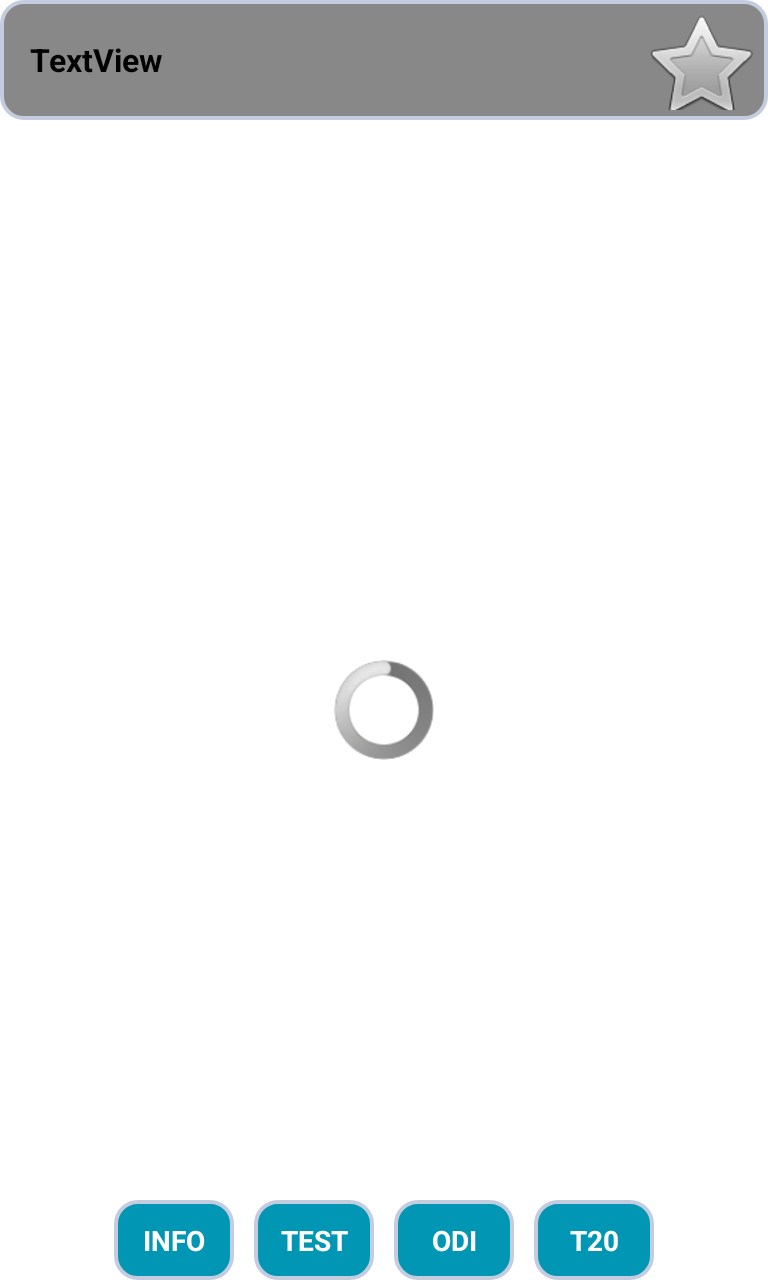
Repository: vinothsridhar/CrickBuzzChallenge
Layout: CricBuzzAndroidApp/res/layout/activity_playerprofile.xml
The author's editor kept a copy of each file at every save. The layout is drawn from the files as they stood at one save, then again after the next save.
It is drawn on a 768 x 1280 px phone screen (xhdpi) without system bars, with theme AppTheme; the app's code is not run.

Above is the layout before, as saved 2014-12-20 16:45:02.

### CricBuzzAndroidApp/res/layout/activity_playerprofile.xml
<RelativeLayout xmlns:android="http://schemas.android.com/apk/res/android"
    xmlns:tools="http://schemas.android.com/tools"
    android:layout_width="match_parent"
    android:layout_height="match_parent" >

    <include
        android:id="@+id/topItem"
        layout="@layout/playlist_item" />

    <RelativeLayout
        android:layout_width="fill_parent"
        android:layout_height="fill_parent"
        android:layout_below="@+id/topItem" >

        <ProgressBar
            android:id="@+id/profileProgress"
            android:layout_width="50dp"
            android:layout_height="50dp"
            android:layout_centerInParent="true" />

        <TextView
            android:id="@+id/networkError"
            android:layout_width="fill_parent"
            android:layout_height="wrap_content"
            android:visibility="gone"
            android:textColor="@color/red"
            android:text="@string/error_text"/>

        <RelativeLayout
            android:id="@+id/profileInfo"
            android:layout_width="fill_parent"
            android:layout_height="fill_parent"
            android:orientation="vertical" >

            <ScrollView
                android:id="@+id/detailsScrollView"
                android:layout_width="fill_parent"
                android:layout_height="fill_parent"
                android:layout_above="@+id/buttonLayout">

	            <LinearLayout
	                android:id="@+id/details"
	                android:layout_width="fill_parent"
	                android:layout_height="wrap_content"
	                android:padding="5dp"
	                android:orientation="vertical">

	            </LinearLayout>

            </ScrollView>

            <LinearLayout
                android:id="@+id/buttonLayout"
                android:layout_width="match_parent"
                android:layout_height="wrap_content"
                android:layout_alignParentBottom="true"
                android:gravity="center_horizontal"
                android:orientation="horizontal" >

                <Button
                    android:id="@+id/info"
                    android:layout_width="wrap_content"
                    android:layout_height="wrap_content"
                    style="@style/Button"
                    android:layout_marginRight="10dp"
                    android:text="@string/info_text" />

                <Button
                    android:id="@+id/test"
                    android:layout_width="wrap_content"
                    android:layout_height="wrap_content"
                    style="@style/Button"
                    android:layout_marginRight="10dp"
                    android:text="@string/test_text" />

                <Button
                    android:id="@+id/odi"
                    android:layout_width="wrap_content"
                    android:layout_height="wrap_content"
                    style="@style/Button"
                    android:layout_marginRight="10dp"
                    android:text="@string/odi_text" />

                <Button
                    android:id="@+id/t20"
                    android:layout_width="wrap_content"
                    android:layout_height="wrap_content"
                    style="@style/Button"
                    android:text="@string/t20_text" />

            </LinearLayout>
        </RelativeLayout>
    </RelativeLayout>

</RelativeLayout>

### CricBuzzAndroidApp/res/values/styles.xml
<resources xmlns:android="http://schemas.android.com/apk/res/android">
    <style name="AppBaseTheme" parent="@android:style/Theme.Light.NoTitleBar">
    </style>

    <style name="AppTheme" parent="AppBaseTheme">
    </style>

    <style name="BoldText">
        <item name="android:textSize">@dimen/medium_text</item>
        <item name="android:textStyle">bold</item>
        <item name="android:padding">5dp</item>
    </style>

    <style name="TitleText">
        <item name="android:textSize">@dimen/big_text</item>
        <item name="android:background">@color/black</item>
        <item name="android:textColor">@color/white</item>
        <item name="android:textStyle">bold</item>
        <item name="android:gravity">center_vertical</item>
        <item name="android:padding">5dp</item>
    </style>

    <style name="TitleIcon" parent="@android:style/Widget.TabWidget">
        <item name="android:gravity">center_vertical</item>
        <item name="android:background">@drawable/tab_holo</item>
        <item name="android:paddingLeft">5dp</item>
        <item name="android:paddingRight">5dp</item>
    </style>

    <style name="TotalText" parent="BoldText">
        <item name="android:textColor">@color/black</item>
        <item name="android:background">@color/yellow</item>
        <item name="android:weightSum">2</item>
        <item name="android:gravity">center</item>
    </style>

    <style name="PlayerNameText">
        <item name="android:textColor">@color/black</item>
        <item name="android:textSize">@dimen/big_text</item>
        <item name="android:paddingLeft">10dp</item>
        <item name="android:textStyle">bold</item>
    </style>

    <style name="Button">
        <item name="android:width">60dp</item>
        <item name="android:height">40dp</item>
        <item name="android:textColor">@color/white</item>
        <item name="android:textSize">@dimen/medium_text</item>
        <item name="android:padding">5dp</item>
        <item name="android:textStyle">bold</item>
        <item name="android:background">@drawable/button_item</item>
    </style>

</resources>

### CricBuzzAndroidApp/res/layout/playlist_item.xml
<?xml version="1.0" encoding="utf-8"?>
<LinearLayout xmlns:android="http://schemas.android.com/apk/res/android"
    android:layout_width="match_parent"
    android:layout_height="60dp"
    android:layout_gravity="center_vertical"
    android:gravity="center_vertical"
    android:background="@drawable/playerlistitem"
    android:layout_marginBottom="10dp"
    android:clickable="true"
    android:orientation="horizontal" >

    <TextView
        android:id="@+id/playerName"
        android:layout_width="fill_parent"
        android:layout_height="wrap_content"
        android:layout_weight="1"
        style="@style/PlayerNameText"
        android:text="TextView" />

    <RatingBar
        android:id="@+id/ratingBar1"
        android:layout_width="wrap_content"
        android:layout_height="wrap_content"
        android:layout_weight="0"
        android:stepSize="1"
        android:numStars="1" />

    <ImageButton
        android:id="@+id/share"
        android:layout_width="wrap_content"
        android:layout_height="wrap_content"
        android:layout_weight="0"
        android:background="@drawable/tab_holo"
        android:visibility="gone"
        android:src="@drawable/ic_share" />

</LinearLayout>

### CricBuzzAndroidApp/res/values/colors.xml
<?xml version="1.0" encoding="utf-8"?>
<resources>
    <color name="black">#000000</color>
    <color name="white">#ffffff</color>
    <color name="yellow">#FFCC00</color>
    <color name="red">#F45454</color>
</resources>

### CricBuzzAndroidApp/res/values/strings.xml
<?xml version="1.0" encoding="utf-8"?>
<resources>

    <string name="app_name">CricBuzzAndroidApp</string>
	<string name="loading_playlist_text">Loading Playlist</string>
	<string name="total_players_text">Total Players: %1$s</string>
	<string name="total_favorites_text">Favorites: %1$s</string>
	<string name="test_text">TEST</string>
	<string name="odi_text">ODI</string>
	<string name="t20_text">T20</string>
	<string name="info_text">INFO</string>
	<string name="error_text">Network Error</string>
</resources>

### CricBuzzAndroidApp/res/values/dimens.xml
<resources>

    <!-- Text sizes -->
    <dimen name="small_text">12sp</dimen>
    <dimen name="medium_text">14sp</dimen>
    <dimen name="big_text">16sp</dimen>

</resources>

### CricBuzzAndroidApp/res/drawable/button_item.xml
<?xml version="1.0" encoding="utf-8"?>
<selector xmlns:android="http://schemas.android.com/apk/res/android">

    <item android:state_pressed="true" android:state_focused="false"><shape android:shape="rectangle">
            <solid android:color="#588687"></solid>

            <stroke android:width="2dp" android:color="#C4CDE0"></stroke>

            <padding android:bottom="5dp" android:left="5dp" android:right="5dp" android:top="5dp"></padding>

            <corners android:radius="11dp"></corners>
        </shape></item>
    <item android:state_pressed="false"><shape android:shape="rectangle">
            <solid android:color="#0096B4"></solid>

            <stroke android:width="2dp" android:color="#C4CDE0"></stroke>

            <padding android:bottom="5dp" android:left="5dp" android:right="5dp" android:top="5dp"></padding>

            <corners android:radius="11dp"></corners>
        </shape></item>

</selector>

### CricBuzzAndroidApp/res/drawable/playerlistitem.xml
<?xml version="1.0" encoding="utf-8"?>
<selector xmlns:android="http://schemas.android.com/apk/res/android">

    <item android:state_pressed="true"><shape android:shape="rectangle">
            <solid android:color="#588687"></solid>

            <stroke android:width="2dp" android:color="#C4CDE0"></stroke>

            <padding android:bottom="5dp" android:left="5dp" android:right="5dp" android:top="5dp"></padding>

            <corners android:radius="11dp"></corners>
        </shape></item>
    <item android:state_pressed="false"><shape android:shape="rectangle">
            <solid android:color="#888888"></solid>

            <stroke android:width="2dp" android:color="#C4CDE0"></stroke>

            <padding android:bottom="5dp" android:left="5dp" android:right="5dp" android:top="5dp"></padding>

            <corners android:radius="11dp"></corners>
        </shape></item>

</selector>

### CricBuzzAndroidApp/res/drawable/tab_holo.xml
<?xml version="1.0" encoding="utf-8"?>
<selector xmlns:android="http://schemas.android.com/apk/res/android">

    <!-- <item android:drawable="@drawable/tab_unselected_holo" android:state_focused="false" android:state_pressed="false" android:state_selected="false"/> -->
    <item android:drawable="@drawable/tab_selected_holo" android:state_focused="false" android:state_pressed="false" android:state_selected="true"/>
    <item android:drawable="@drawable/tab_unselected_focused_holo" android:state_focused="true" android:state_pressed="false" android:state_selected="false"/>
    <item android:drawable="@drawable/tab_selected_focused_holo" android:state_focused="true" android:state_pressed="false" android:state_selected="true"/>
    <item android:drawable="@drawable/tab_unselected_pressed_holo" android:state_focused="false" android:state_pressed="true" android:state_selected="false"/>
    <item android:drawable="@drawable/tab_selected_pressed_holo" android:state_focused="false" android:state_pressed="true" android:state_selected="true"/>
    <item android:drawable="@drawable/tab_unselected_pressed_focused_holo" android:state_focused="true" android:state_pressed="true" android:state_selected="false"/>
    <item android:drawable="@drawable/tab_selected_pressed_focused_holo" android:state_focused="true" android:state_pressed="true" android:state_selected="true"/>

</selector>

After the next save:
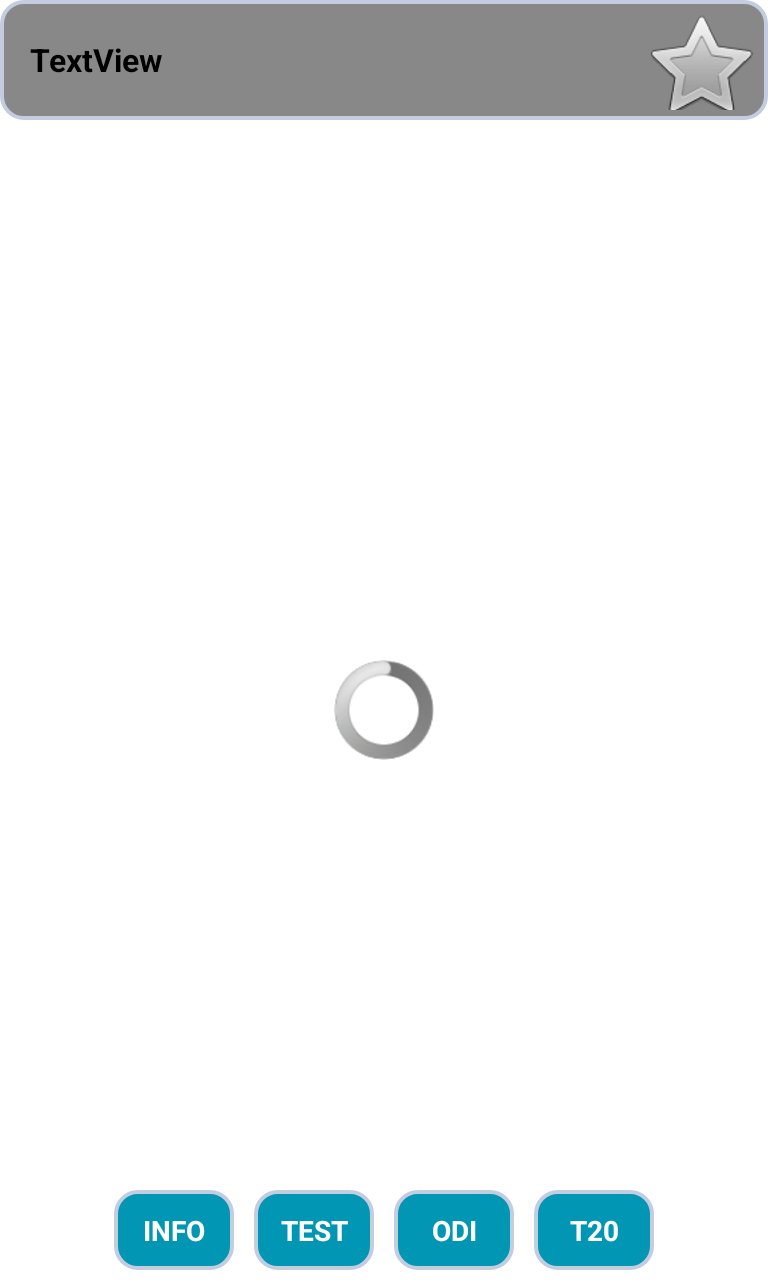
Saved 54 s later.
--- a/CricBuzzAndroidApp/res/layout/activity_playerprofile.xml
+++ b/CricBuzzAndroidApp/res/layout/activity_playerprofile.xml
@@ -54,6 +54,7 @@
                 android:layout_width="match_parent"
                 android:layout_height="wrap_content"
                 android:layout_alignParentBottom="true"
+                android:layout_margin="5dp"
                 android:gravity="center_horizontal"
                 android:orientation="horizontal" >
 
